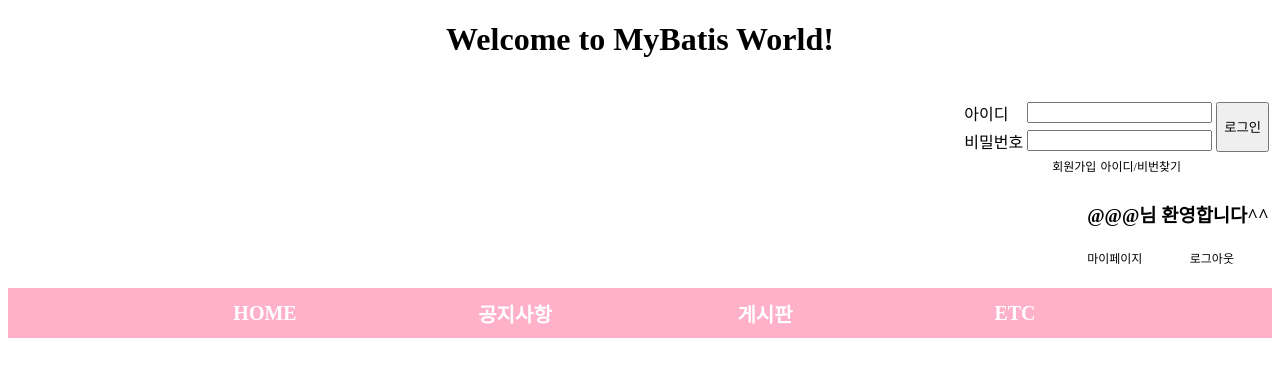
Repository: vocoxo9/06_academy.framework
Page: http://localhost/MyBatisProject/
The author's editor kept a copy of each file at every save. The page is drawn from the files as they stood at one save, then again after a run of saves.
The browser window is 1280 px wide. The pictures show the whole page.
The page is served by Tomcat 9. Other server files are loaded and not shown.

Above is the page before, as saved 2025-03-25 03:05:49.

### 01_mybatis/MyBatisProject/webapp/index.jsp
<%@ page language="java" contentType="text/html; charset=UTF-8"
    pageEncoding="UTF-8"%>
<!DOCTYPE html>
<html>
<head>
<meta charset="UTF-8">
<title>Mybatis project</title>
</head>
<body>
	<h1>Hello, Mybatis</h1>
	<%--
		* 프레임워크(Framework)
			- 개발자가 보다 편리한 환경에서 개발할 수 있도록 제공하는 틀, 뼈대
			- 소프트 웨어 개발 시 공통적으로 사용되는 라이브러리, 개발도구, 인터페이스 등 의미

		* 프레임워크 필요성
			- 규모가 큰 프로젝트 작업 시 많은 개발자가 필요로 할 것
				=> 자유롭게 설계 또는 구현하지 않고, 가이드라인에 따라 설계하고 구현해야 함
			- 개발 범위가 정해져 있음
			- 개발자들을 위한 다양한 도구들을 지원

		* 장점 : 개발 시간 단축, 유지 보수 용이
		* 단점 : 익숙해지는 데 시간이 필요, 프레임워크에 의존 시 개발 능력이 다소 떨어질 수 있음

		* 종류
			- 영속성 프레임워크 : 데이터 관련 CRUD 기능들을 보다 편리하게 작업할 수 있도록 제공
			  ex) Mybatis, hibernate, jpa, ...

			- 자바 프레임워크 : 웹 어플리케이션에 초점을 맞추어 필요한 기능들을 제공
			  ex) spring(framework)

			- 화면구현 프레임워크 : 프론트엔드를 보다 쉽게 구현할 수 있도록 제공
			  ex) bootstrap

			- 기능 및 지원 프레임워크 : 특정 기능이나 업무 수행에 도움을 줄 수 있는 프레임워크
			  ex) Log4j, JUnit, ...
	 --%>

	 <%-- main.jsp 페이지로 포워딩 --%>
	 <jsp:forward page="WEB-INF/views/main.jsp"/>
	 <%-- <jsp:forward></jsp:forward> --%>
</body>
</html>

### 01_mybatis/MyBatisProject/webapp/WEB-INF/views/main.jsp
<%@ page language="java" contentType="text/html; charset=UTF-8"
    pageEncoding="UTF-8"%>
<!DOCTYPE html>
<html>
<head>
<meta charset="UTF-8">
<title>Insert title here</title>
</head>
<body>
	<%-- common/menubar.jsp 페이지를 포함 --%>
	<jsp:include page="common/menubar.jsp"/>
</body>
</html>

### 01_mybatis/MyBatisProject/webapp/WEB-INF/views/common/menubar.jsp
<%@ page language="java" contentType="text/html; charset=UTF-8"
	pageEncoding="UTF-8"%>
<%@ taglib prefix="c" uri="http://java.sun.com/jsp/jstl/core"%>
<!DOCTYPE html>
<html>
<head>
<meta charset="UTF-8">
<title>MyBatis World</title>
<style>
.login-area a {
	text-decoration: none;
	color: black;
	font-size: 12px;
}

.login-area a:hover {
	background: #ffb1ca;
	color: white;
	border-radius: 1em;
	padding: 5px;
}

.nav-area {
	background: #ffb1ca;
	color: white;
	height: 50px;
}

.menu {
	display: table-cell;
	width: 250px;
	height: 50px;
	vertical-align: middle;
	font-size: 20px;
	font-weight: bold;
}

.menu:hover {
	cursor: pointer;
	background: #ffe0d9;
}
/* 공통적인 부분에 대한 css */
.outer {
	width: 1000px;
	background: #ffb1ca;
	color: white;
	margin: auto;
	margin-top: 50px;
}
</style>
</head>
<body>
	<h1 align="center">Welcome to MyBatis World!</h1>
	<br>
	<div class="login-area" align="right">
		<c:choose>
			<c:when test="${ empty loginUser }">
				<!-- 로그인 전 표시할 부분 -->
				<form action="" method="post">
					<table>
						<tr>
							<td>아이디</td>
							<td><input type="text" name="userId" required></td>
							<td rowspan="2"><button type="submit" style="height: 50px;">로그인</button>
						</tr>
						<tr>
							<td>비밀번호</td>
							<td><input type="password" name="userPwd" required></td>
						</tr>
						<tr>
							<td colspan="3" align="center">
							<a href="">회원가입</a>
							<a href="">아이디/비번찾기</a></td>
						</tr>
					</table>
				</form>
			</c:when>

			<c:otherwise>
				<!-- 로그인 후 표시할 부분 -->
				<div>
					<table>
			</c:otherwise>
		</c:choose>



		<div>
			<table>
				<tr>
					<td colspan="2">
						<h3>@@@님 환영합니다^^</h3>
					</td>
				</tr>
				<tr>
					<td><a href="">마이페이지</a></td>
					<td><a href="">로그아웃</a></td>
				</tr>
			</table>
		</div>
	</div>

	<br>

	<div class="nav-area" align="center">
		<div class="menu">HOME</div>
		<div class="menu">공지사항</div>
		<div class="menu">게시판</div>
		<div class="menu">ETC</div>
	</div>
</html>

After the next 2 saves:
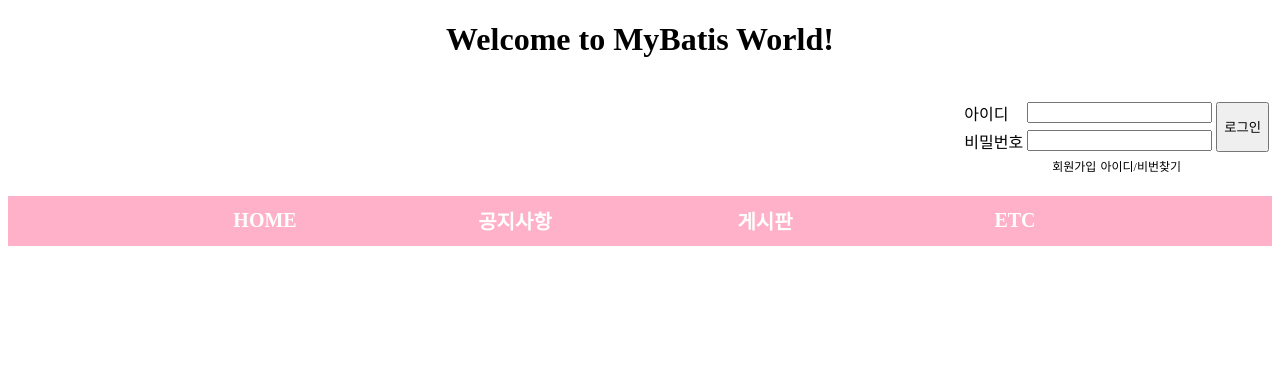
The 2 saves are shown as one change because they came seconds apart.
The last was saved 27 s later.
--- a/01_mybatis/MyBatisProject/webapp/WEB-INF/views/common/menubar.jsp
+++ b/01_mybatis/MyBatisProject/webapp/WEB-INF/views/common/menubar.jsp
@@ -68,9 +68,8 @@
 							<td><input type="password" name="userPwd" required></td>
 						</tr>
 						<tr>
-							<td colspan="3" align="center">
-							<a href="">회원가입</a>
-							<a href="">아이디/비번찾기</a></td>
+							<td colspan="3" align="center"><a href="">회원가입</a> <a
+								href="">아이디/비번찾기</a></td>
 						</tr>
 					</table>
 				</form>
@@ -80,32 +79,29 @@
 				<!-- 로그인 후 표시할 부분 -->
 				<div>
 					<table>
-			</c:otherwise>
-		</c:choose>
+						<tr>
+							<td colspan="2">
+								<h3>@@@님 환영합니다^^</h3>
+							</td>
+						</tr>
+						<tr>
+							<td><a href="">마이페이지</a></td>
+							<td><a href="">로그아웃</a></td>
+						</tr>
+					</table>
+				</div>
+	</div>
+	</c:otherwise>
+	</c:choose>
 
 
 
-		<div>
-			<table>
-				<tr>
-					<td colspan="2">
-						<h3>@@@님 환영합니다^^</h3>
-					</td>
-				</tr>
-				<tr>
-					<td><a href="">마이페이지</a></td>
-					<td><a href="">로그아웃</a></td>
-				</tr>
-			</table>
-		</div>
-	</div>
+			<br>
 
-	<br>
-
-	<div class="nav-area" align="center">
-		<div class="menu">HOME</div>
-		<div class="menu">공지사항</div>
-		<div class="menu">게시판</div>
-		<div class="menu">ETC</div>
-	</div>
+			<div class="nav-area" align="center">
+				<div class="menu">HOME</div>
+				<div class="menu">공지사항</div>
+				<div class="menu">게시판</div>
+				<div class="menu">ETC</div>
+			</div>
 </html>
